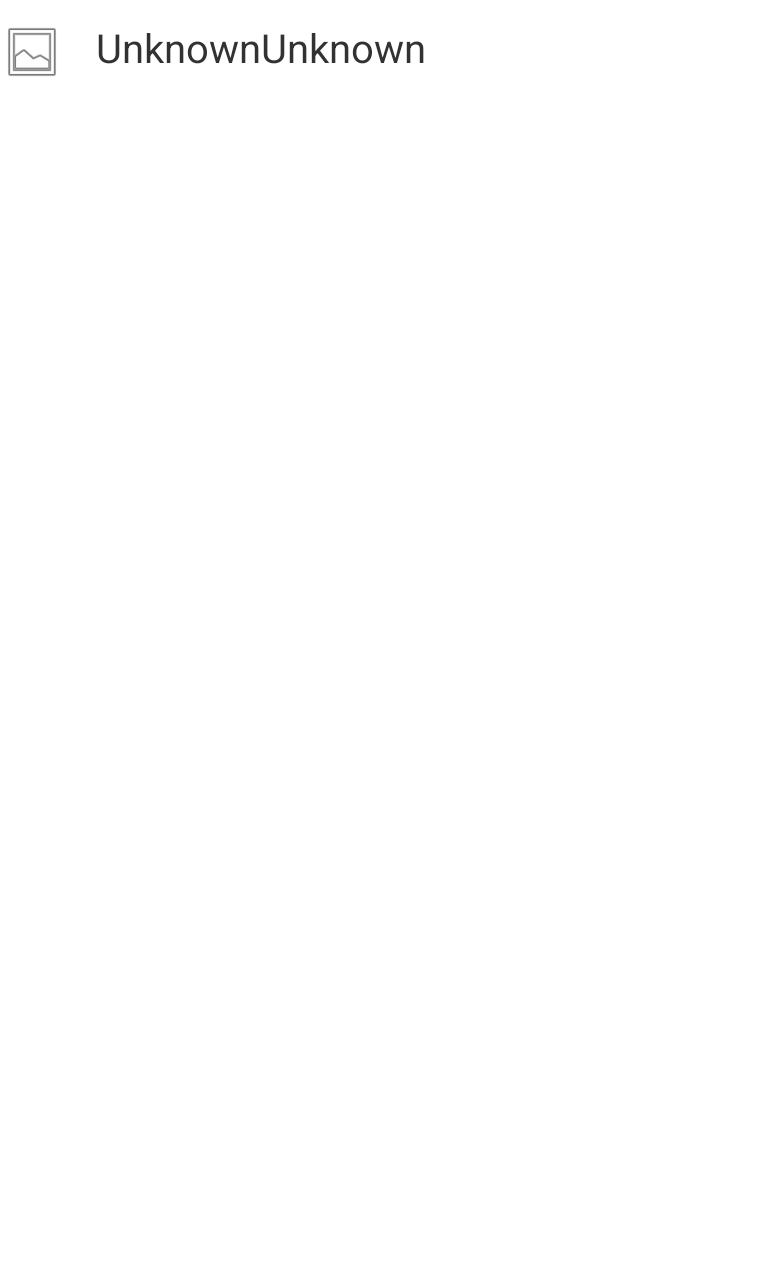
Repository: finerrecliner/SmartVent
Layout: SmartVent/res/layout/quick_room.xml
These files come from the project's save history. The layout is drawn as it stood at one moment and after the next save; the edit follows.
It is drawn on a 768 x 1280 px phone screen (xhdpi) without system bars, with theme AppTheme; the app's code is not run.

Above is the layout before, as saved 2013-11-03 01:27:00.

After the next save:
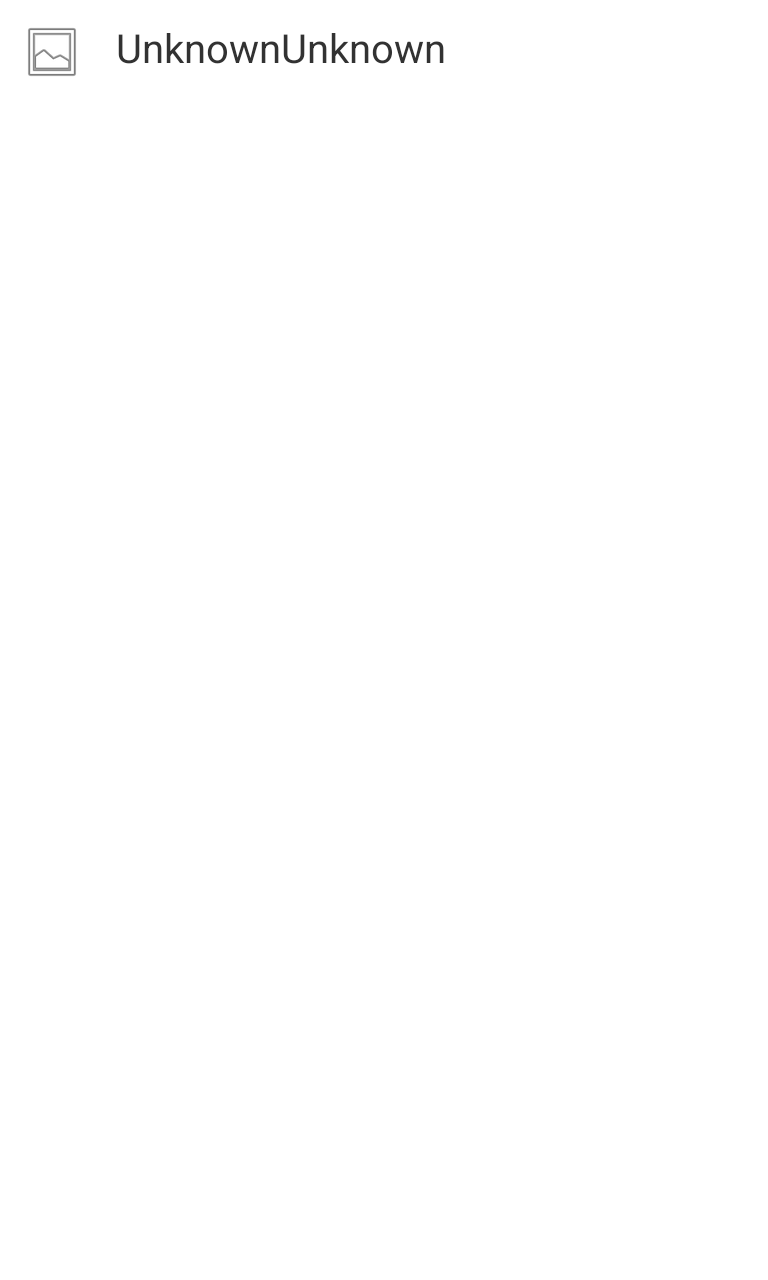
Saved 50 s later.
--- a/SmartVent/res/layout/quick_room.xml
+++ b/SmartVent/res/layout/quick_room.xml
@@ -15,6 +15,7 @@
         android:layout_height="wrap_content"
         android:layout_marginRight="6dip"
         android:contentDescription="@string/unknown"
+        android:paddingLeft="10dp"
         android:paddingRight="10dp"
         android:src="@android:drawable/ic_menu_gallery" />
 
